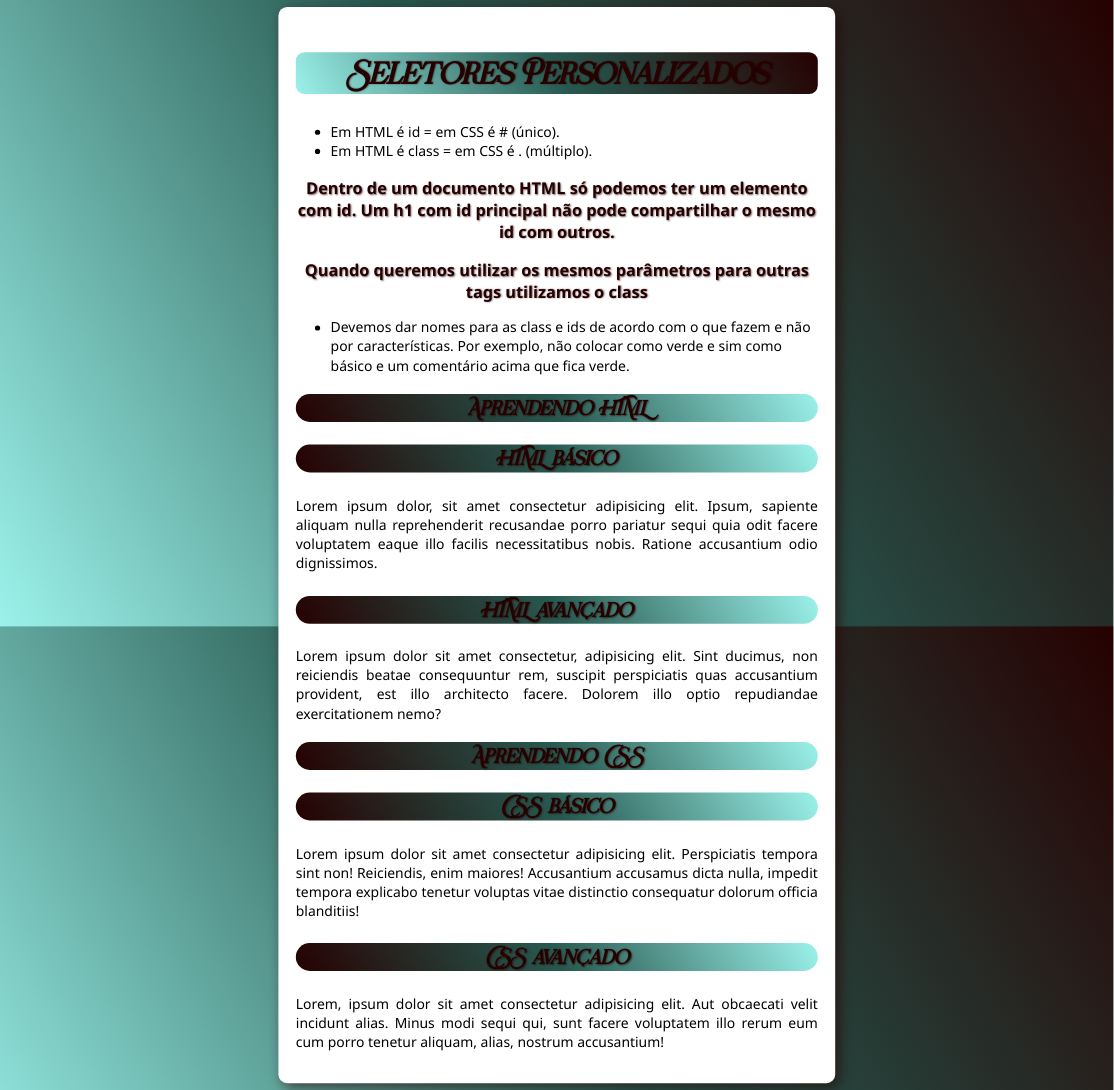
Repository: Willcmorais/vscode-workspace
Page: html-css/curso-em-video/modulo02/estudos/ex024-seletores-personaliz/index.html
The author's editor kept a copy of each file at every save. The page is drawn from the files as they stood at one save, then again after a run of saves.
The browser window is 1280 px wide. The pictures show the whole page, at 87% of full size.
Backgrounds fixed to the window are drawn as part of the page.

Above is the page before, as saved 2024-09-23 10:11:17.

### html-css/curso-em-video/modulo02/estudos/ex024-seletores-personaliz/index.html
<!DOCTYPE html>
<html lang="pt-br">

<head>
    <meta charset="UTF-8">
    <meta name="viewport" content="width=device-width, initial-scale=1.0">
    <title>Usando o id com CSS</title>
    <link rel="stylesheet" href="style.css">
    <style>
        @font-face {
            font-family: 'Rusilla';
            src: url('fonts/Rusillaserif-Regular.ttf') format('opentype');
            font-weight: normal;
            font-style: normal;
        }
    </style>
</head>

<body>
    <main>
        <h1 id="principal">Seletores Personalizados</h1>
        <ul>
            <li>Em HTML é id = em CSS é # (único).</li>
            <li>Em HTML é class = em CSS é . (múltiplo).</li>
        </ul>
        <h3>Dentro de um documento HTML só podemos ter um elemento com id. Um h1 com id principal não pode compartilhar
            o mesmo id com outros.</h3>
        <h3>Quando queremos utilizar os mesmos parâmetros para outras tags utilizamos o class</h3>
        <ul>
            <li>Devemos dar nomes para as class e ids de acordo com o que fazem e não por características. Por exemplo,
                não
                colocar como verde e sim como básico e um comentário acima que fica verde.</li>
        </ul>
        <h1 class="principal">Aprendendo HTML</h1>
        <h2 class="basico">HTML básico</h2>
        <p>Lorem ipsum dolor, sit amet consectetur adipisicing elit. Ipsum, sapiente aliquam nulla reprehenderit
            recusandae porro pariatur sequi quia odit facere voluptatem eaque illo facilis necessitatibus nobis. Ratione
            accusantium odio dignissimos.</p>
        <h2 class="avancado">HTML avançado</h2>
        <p>Lorem ipsum dolor sit amet consectetur, adipisicing elit. Sint ducimus, non reiciendis beatae consequuntur
            rem, suscipit perspiciatis quas accusantium provident, est illo architecto facere. Dolorem illo optio
            repudiandae exercitationem nemo?</p>
        <h1 class="principal">Aprendendo CSS</h1>
        <h2 class="basico">CSS básico</h2>
        <p>Lorem ipsum dolor sit amet consectetur adipisicing elit. Perspiciatis tempora sint non! Reiciendis, enim
            maiores! Accusantium accusamus dicta nulla, impedit tempora explicabo tenetur voluptas vitae distinctio
            consequatur dolorum officia blanditiis!</p>
        <h2 class="avancado">CSS avançado</h2>
        <p>Lorem, ipsum dolor sit amet consectetur adipisicing elit. Aut obcaecati velit incidunt alias. Minus modi
            sequi qui, sunt facere voluptatem illo rerum eum cum porro tenetur aliquam, alias, nostrum accusantium!</p>

    </main>

</body>

</html>

### html-css/curso-em-video/modulo02/estudos/ex024-seletores-personaliz/style.css
@charset "utf8";

* {
    /*safe combination, ele usa a primeira letra q achar*/
    font-family: 'Segoe UI', Tahoma, Geneva, Verdana, sans-serif;
}

body {
    background-image: linear-gradient(-120deg, #260101, #275950, #9BF2EA);
    background-attachment: fixed;
}

img {
    /* As imagens são inline por padrão, então precisamos torná-las block */
    display: block;
    /* Centraliza horizontalmente */
    margin: 0 auto;
}

main {
    background-color: white;
    /*arredonda as bordas*/
    border-radius: 10px;
    /*1 parametro é o lado da sombra, 2 é para baixo, 3 é o quanto espalha e 4 o quanto de transparência tem(ou cor)*/
    box-shadow: 5px 5px 15px rgba(38, 1, 1, 0.619);
    /*largura do recorte*/
    width: 600px;
    /*distancia das bordas com o conteúdo*/
    padding: 20px;
    /*altera automaticamente a margem para o centro da tela*/
    margin: auto;
}

h1#principal {
    font: italic bolder 3em 'Rusilla';
    text-align: center;
    color: #260101;
    background-image: linear-gradient(-120deg, #260101, #275950, #9BF2EA);
    border-radius: 10px;
    /*mesmos parametros para o box-shadow*/
    text-shadow: 1px 1px 2px rgba(38, 1, 1, 0.615);
}

.principal {
    font: italic bold 2em 'Rusilla';
    text-align: center;
    color: #260101;
    background-image: linear-gradient(-120deg, #9BF2EA, #275950, #260101);
    border-radius: 30px;
    /*mesmos parametros para o box-shadow*/
    text-shadow: 1px 1px 2px rgba(38, 1, 1, 0.615);
}

.basico {
    font: italic bold 2em 'Rusilla';
    text-align: center;
    color: #260101;
    background-image: linear-gradient(-120deg, #9BF2EA, #275950, #260101);
    border-radius: 30px;
    /*mesmos parametros para o box-shadow*/
    text-shadow: 1px 1px 2px rgba(38, 1, 1, 0.615);
}

.avancado {
    font: italic bold 2em 'Rusilla';
    text-align: center;
    color: #260101;
    background-image: linear-gradient(-120deg, #9BF2EA, #275950, #260101);
    border-radius: 30px;
    /*mesmos parametros para o box-shadow*/
    text-shadow: 1px 1px 2px rgba(38, 1, 1, 0.615);
}

h1 {
    text-align: center;
    color: #260101;
    /*mesmos parametros para o box-shadow*/
    text-shadow: 1px 1px 2px rgba(38, 1, 1, 0.615);
}

h2 {
    color: #260101;
    text-shadow: 1px 1px 2px rgba(38, 1, 1, 0.615);
}

h3 {
    text-align: center;
    color: #260101;
    text-shadow: 1px 1px 2px rgba(38, 1, 1, 0.615);
}

p {
    text-align: justify;
}

After the next 2 saves:
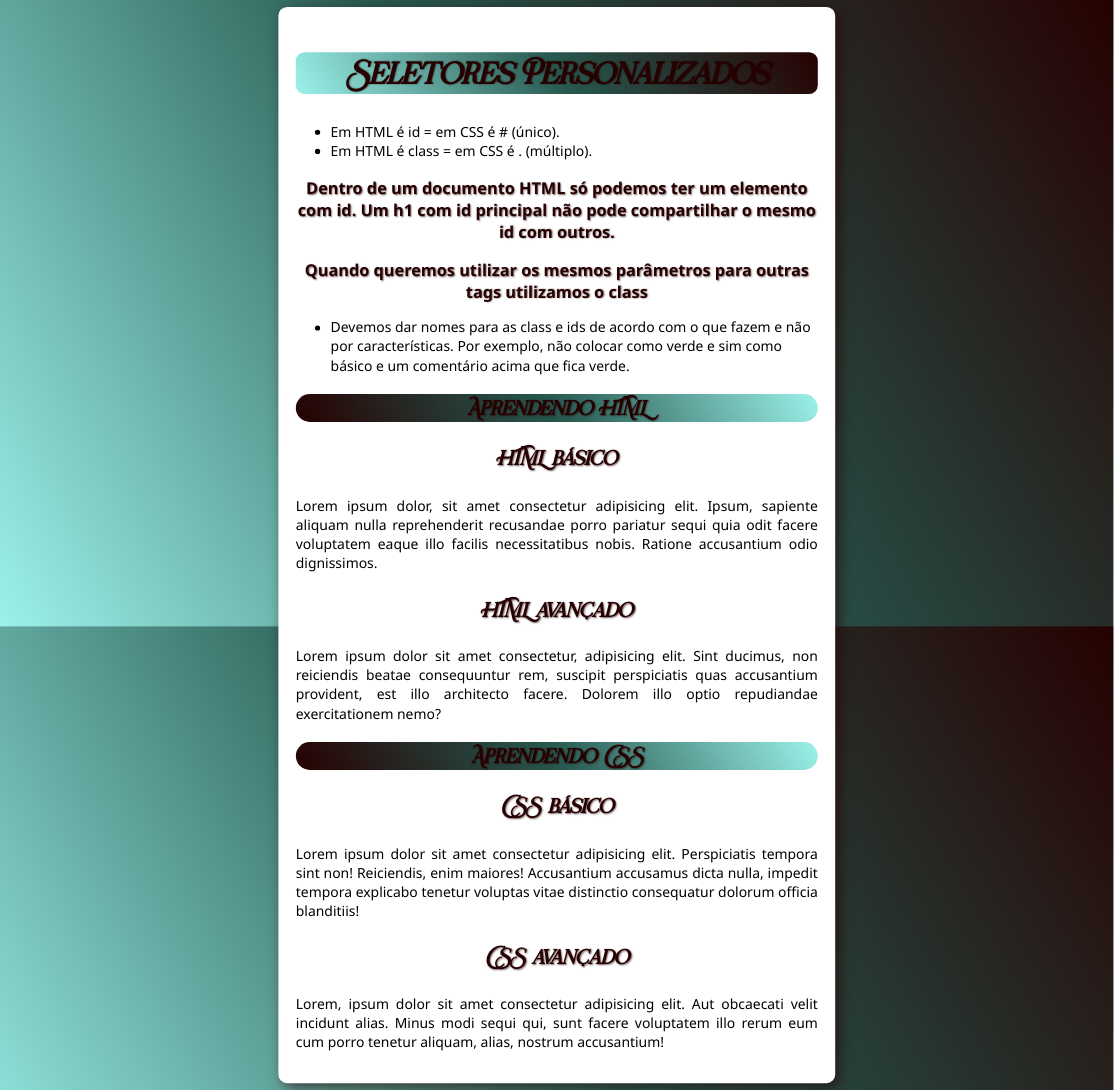
The 2 saves are shown as one change because they came seconds apart.
The last was saved 15 s later.
--- a/html-css/curso-em-video/modulo02/estudos/ex024-seletores-personaliz/style.css
+++ b/html-css/curso-em-video/modulo02/estudos/ex024-seletores-personaliz/style.css
@@ -55,7 +55,6 @@ h1#principal {
     font: italic bold 2em 'Rusilla';
     text-align: center;
     color: #260101;
-    background-image: linear-gradient(-120deg, #9BF2EA, #275950, #260101);
     border-radius: 30px;
     /*mesmos parametros para o box-shadow*/
     text-shadow: 1px 1px 2px rgba(38, 1, 1, 0.615);
@@ -65,7 +64,6 @@ h1#principal {
     font: italic bold 2em 'Rusilla';
     text-align: center;
     color: #260101;
-    background-image: linear-gradient(-120deg, #9BF2EA, #275950, #260101);
     border-radius: 30px;
     /*mesmos parametros para o box-shadow*/
     text-shadow: 1px 1px 2px rgba(38, 1, 1, 0.615);
